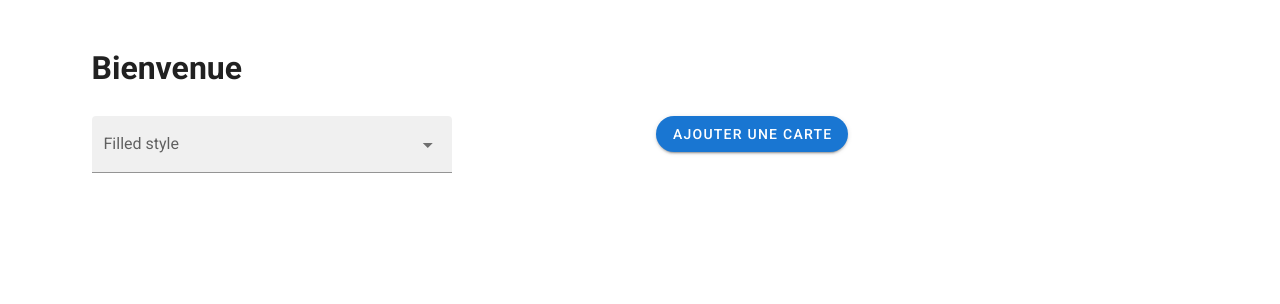
Repository: SidneyHodieb/myc
Page: /
These files come from the project's save history. The page is drawn as it stood at one moment and after the next save; the edit follows.
The browser window is 1280 px wide. The pictures show the whole page.
The project was rebuilt for these pictures with package versions that can differ from the ones it lists, and the page was loaded fresh each time. Also part of the build but not shown: vue.config.js.

Above is the page before, as saved 2021-04-01 23:10:19.

### src/App.vue
<template>
  <v-app>
    <v-main>
      <router-view></router-view>
    </v-main>
  </v-app>
</template>

<script>

export default {
  name: 'App',
  data: () => ({
    //
  }),
};
</script>

### src/views/Home.vue
<template>
  <v-container>
    <v-row class="mt-5 ml-5">
      <v-col cols="12" sm="12">
        <h1>Bienvenue</h1>
      </v-col>
      <v-col class="d-flex" sm="4">
        <v-select :items="items" filled label="Filled style"></v-select>
      </v-col>
     <v-col offset-md sm="6">
      <div class="text-center">
        <v-btn rounded color="primary" dark offset-md="8">
          Ajouter une carte
        </v-btn>
      </div>
      </v-col>
    </v-row>
  </v-container>
</template>

<script>
// @ is an alias to /src

export default {
  components: {},
};
</script>

Loaded but not shown: public/index.html (common file); src/main.js (common file); src/router/index.js (common file); src/store/index.js (common file); src/plugins/vuetify.js (common file)

After the next save:
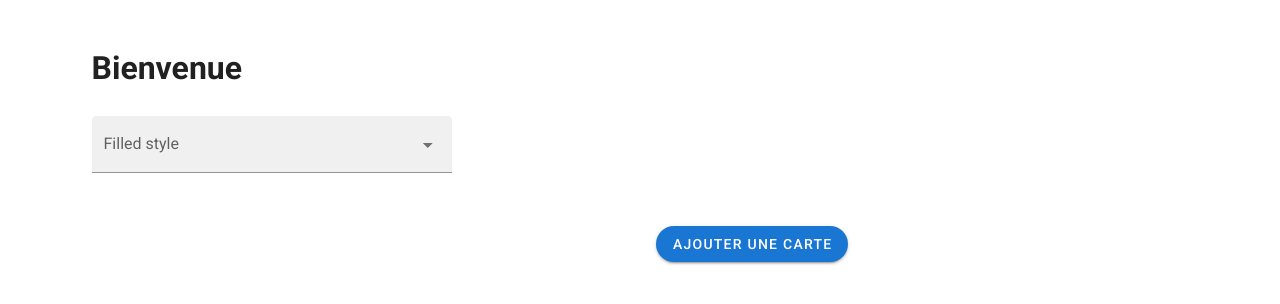
Saved 87 s later.
--- a/src/views/Home.vue
+++ b/src/views/Home.vue
@@ -7,7 +7,7 @@
       <v-col class="d-flex" sm="4">
         <v-select :items="items" filled label="Filled style"></v-select>
       </v-col>
-     <v-col offset-md sm="6">
+     <v-col offset-md="4" sm="6">
       <div class="text-center">
         <v-btn rounded color="primary" dark offset-md="8">
           Ajouter une carte
